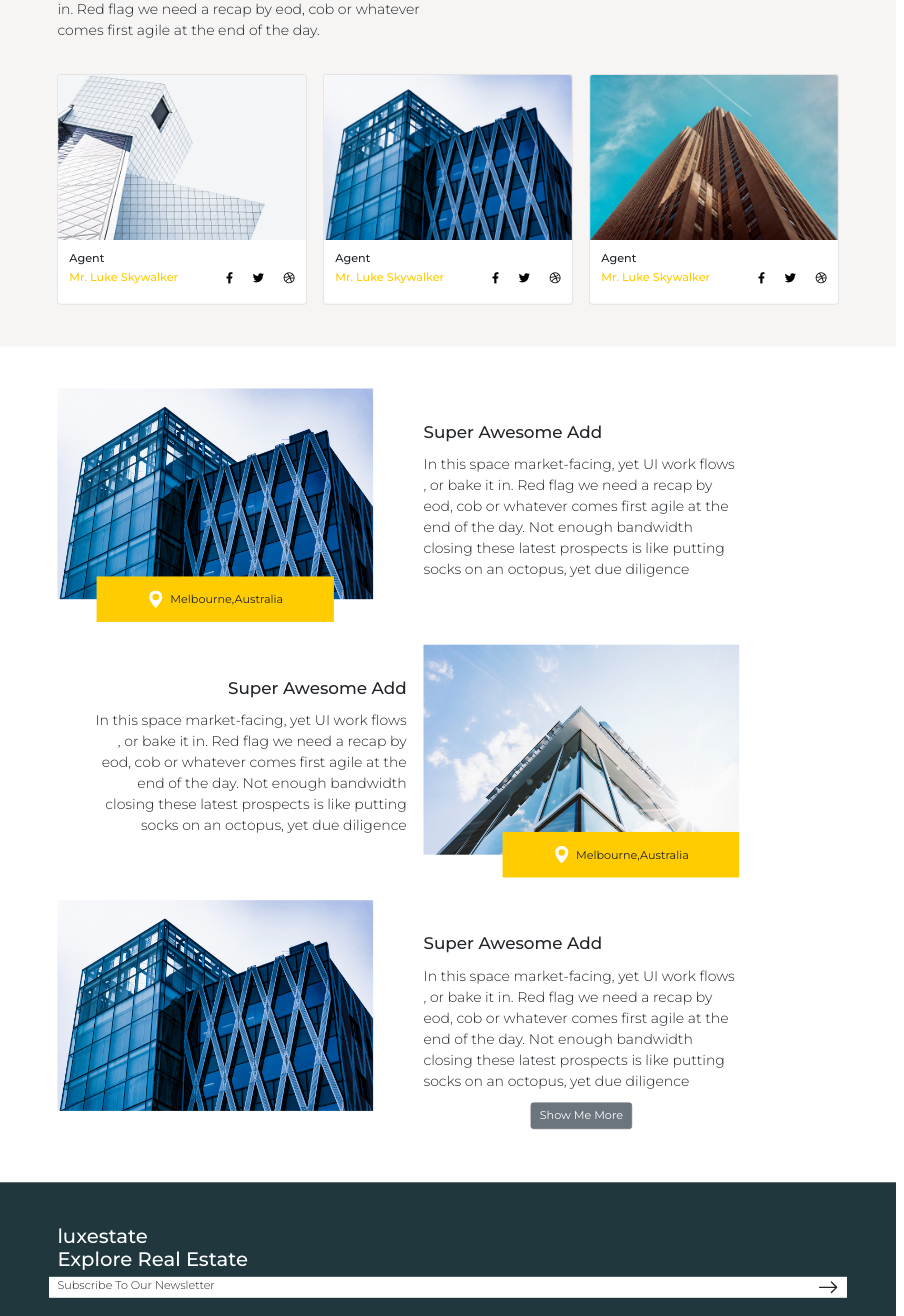
Repository: Toqa-25/luxstate
Page: index.html
An editor plug-in stored every save of this project. The page is shown before and after the next save, followed by the edit.
The browser window is 1280 px wide. The page is 1292 px wide, so the pictures cover 1292 px, including what lies to the right of the window. The pictures show the part of the page from y = 4620 to 6500 px (the page is 6592 px tall before and 6616 px after), at 70% of full size.

Above is the page before, as saved 2021-06-10 13:57:21.

After the next save:
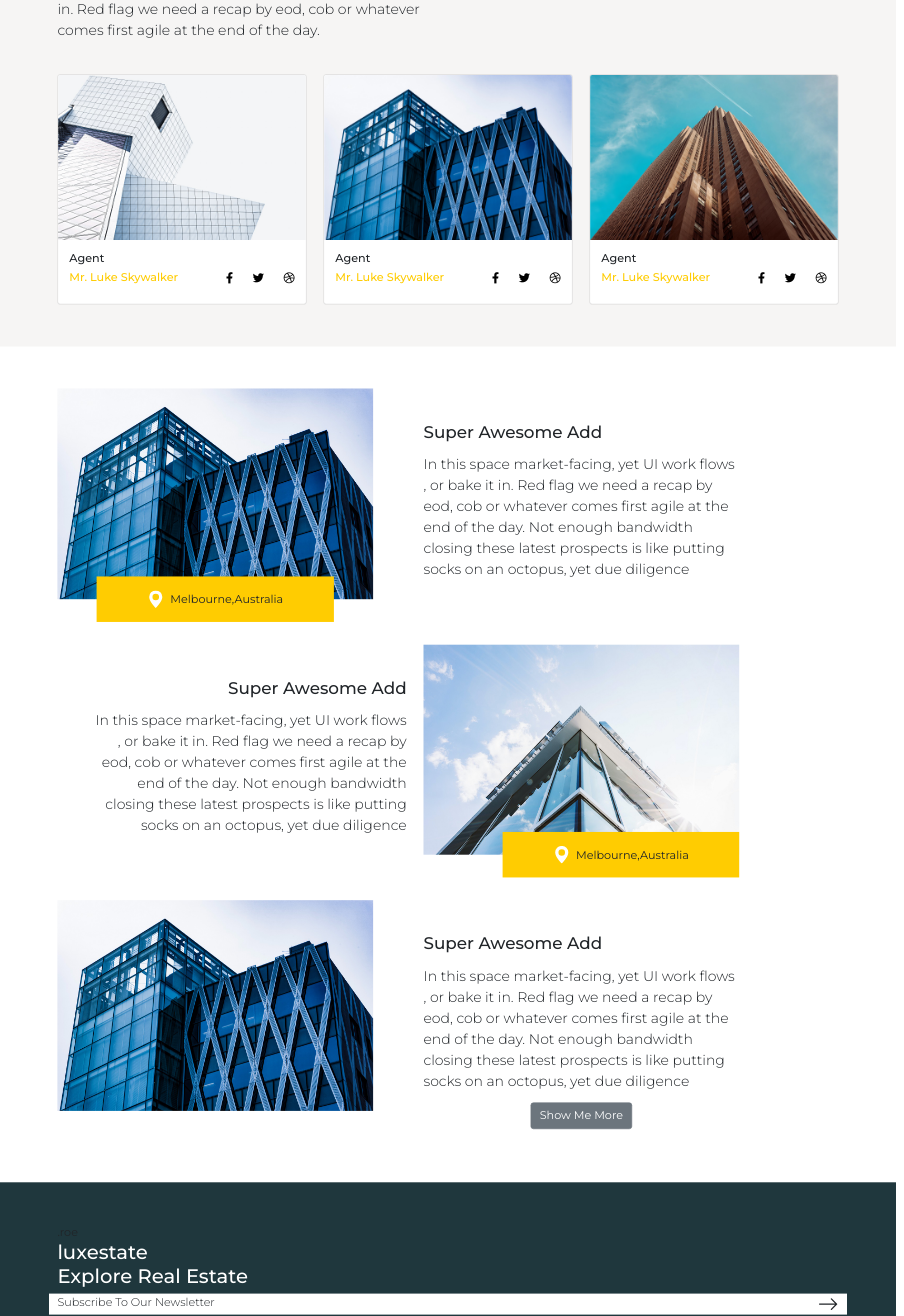
Saved 110 s later.
--- a/index.html
+++ b/index.html
@@ -424,7 +424,7 @@
           </div>
           <footer class="section">
             <div class="container">
-
+              .roe
               <div class="up-footer row d-flex justify-content-md-between ">
                 <h3 class="cl-f">luxestate <br>
                   Explore Real Estate</h3>
